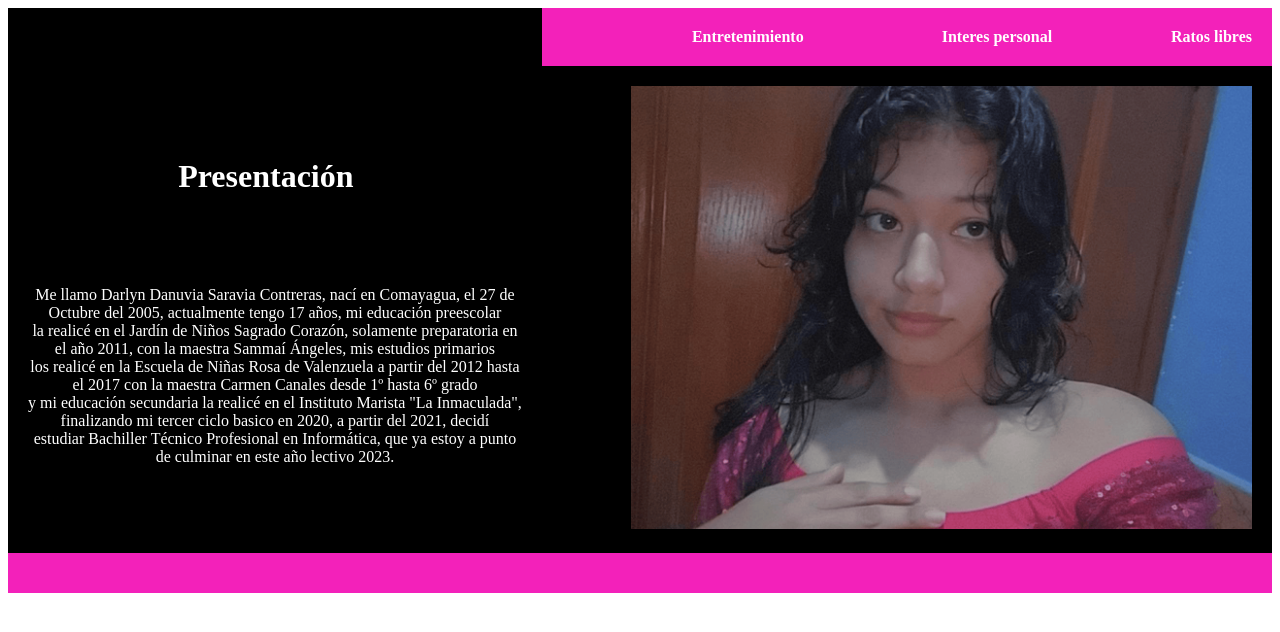
Repository: darlyn-saravia27/portafolio-darlynsaravia
Page: archivoshtml/index.html
These files come from the project's save history. The page is drawn as it stood at one moment and after the next save; the edit follows.
The browser window is 1280 px wide. The pictures show the whole page.

Above is the page before, as saved 2023-03-04 22:39:28.

After the next save:
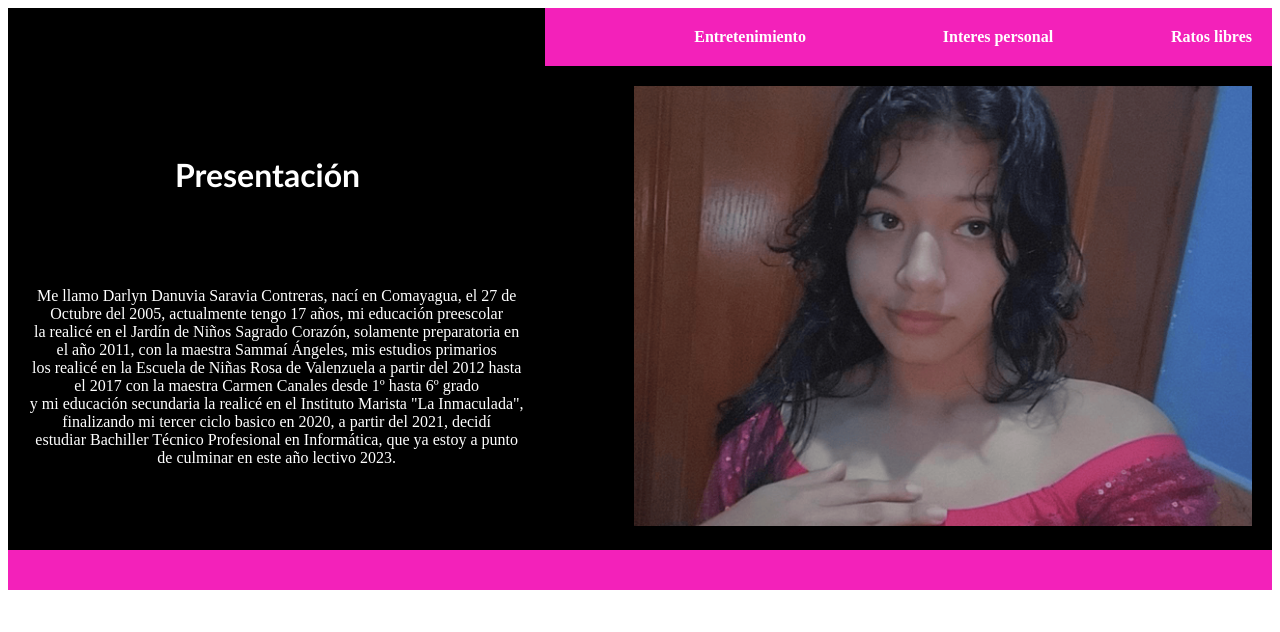
Saved 88 s later.
--- a/archivoshtml/index.html
+++ b/archivoshtml/index.html
@@ -16,7 +16,7 @@
     </tr>
     <tr bgcolor="#000000">
         <td align="center">
-            <h1><font color="white" face="Pacifico">Presentación</font>></h1>
+            <h1><font color="white" face="Trebuchet MS">Presentación</font>></h1>
             <br>
             <br>
             <br>

After the save that followed:
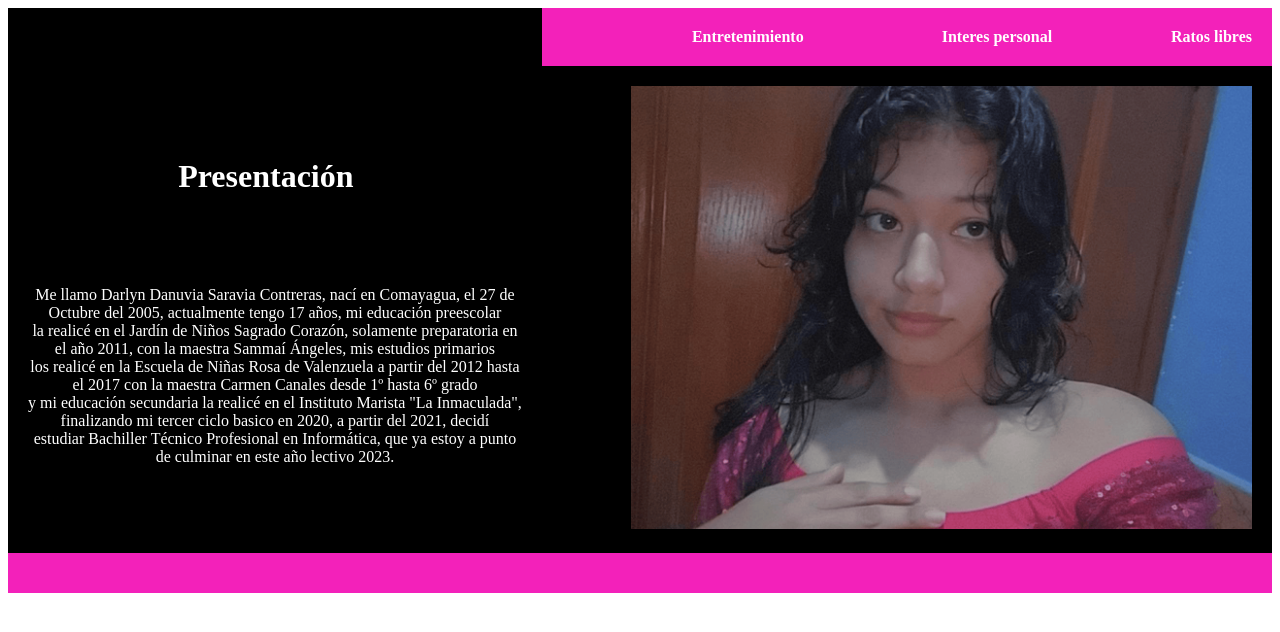
Saved 18 s later.
--- a/archivoshtml/index.html
+++ b/archivoshtml/index.html
@@ -16,7 +16,7 @@
     </tr>
     <tr bgcolor="#000000">
         <td align="center">
-            <h1><font color="white" face="Trebuchet MS">Presentación</font>></h1>
+            <h1><font color="white" face="Times New Roman">Presentación</font>></h1>
             <br>
             <br>
             <br>
